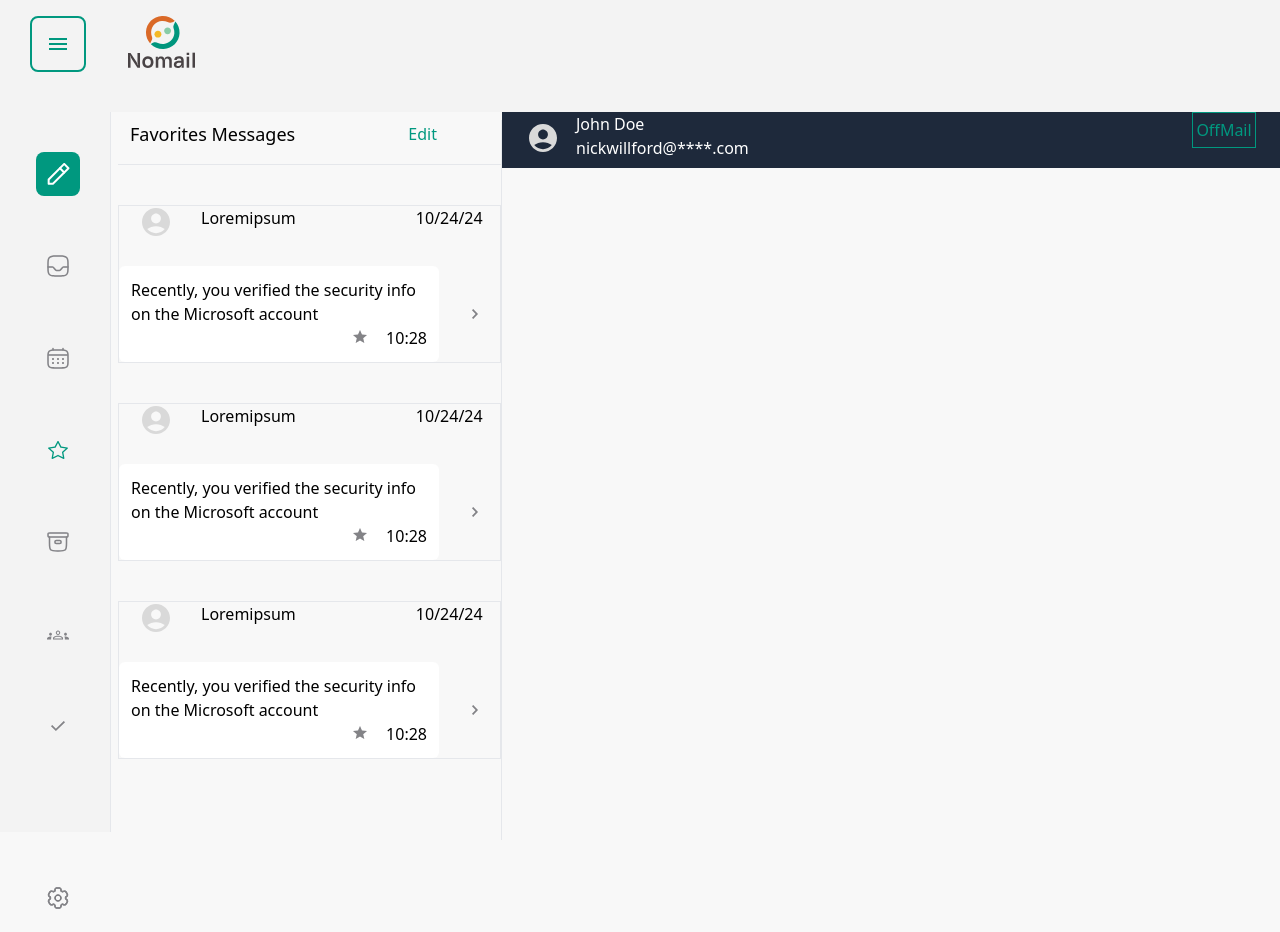
Repository: Tofigkh1/Nomail-Project
Page: /favorites (app in client/)
The author's editor kept a copy of each file at every save. The page is drawn from the files as they stood at one save, then again after a run of saves.
The browser window is 1280 px wide. The pictures show the whole page.
The project was rebuilt for these pictures with package versions that can differ from the ones it lists, and the page was loaded fresh each time. The framework's server and built-in components were replaced by stand-ins that run in the browser. Also part of the build but not shown: client/next.config.mjs, client/components/shared/svg/FavoritesSvg.jsx, client/components/shared/svg/calendarActiveSvg.jsx, client/components/shared/client/CheckBox/index.tsx.

Above is the page before, as saved 2024-11-22 03:07:44.

### client/app/layout.tsx

import type { Metadata } from "next";
import localFont from "next/font/local";
import "./Styles/globals.css";


const geistSans = localFont({
  src: "./fonts/GeistVF.woff",
  variable: "--font-geist-sans",
  weight: "100 900",
});
const geistMono = localFont({
  src: "./fonts/GeistMonoVF.woff",
  variable: "--font-geist-mono",
  weight: "100 900",
});

export const metadata: Metadata = {
  title: "Create Next App",
  description: "Generated by create next app",
};

export default function RootLayout({
  children,
}: Readonly<{
  children: React.ReactNode;
}>) {
  return (
    <html lang="en">
      <body
        className={`${geistSans.variable} ${geistMono.variable} antialiased`}
      >
        {children}

      </body>
    </html>
  );
}

### client/app/Styles/globals.css
@tailwind base;
@tailwind components;
@tailwind utilities;

body{
  background-color: #f8f8f8;
}

.App {
  font-family: sans-serif;
  text-align: center;
}


:root {
  --background: #ffffff;
  --foreground: #171717;
}

@media (prefers-color-scheme: dark) {
  :root {
    --background: #0a0a0a;
    --foreground: #ededed;
  }
}


@layer utilities {
  .text-balance {
    text-wrap: balance;
  }
}

### client/components/shared/client/Header/header.tsx
'use client';
import { useContext } from "react";
import { SidebarContext } from '../SideBarMenu/sideBarMenu'; // Import context
import NomailLogo from "@/components/shared/svg/headerlLogoSvg";
import HamburgerBtnSvg from "../../svg/hamburgerBtnSvg"



export default function Header() {

    const { expanded, setExpanded } = useContext(SidebarContext); // Access context

    return (
        <div className="flex items-center justify-between p-4 bg-headerColor text-white">
            <div className='w-auto h-20 flex gap-14'>

                <div>
                    <button onClick={() => setExpanded(!expanded)}
                            className="pl-3.5  hover:bg-clientButtonGreen w-14 h-11">
                        <HamburgerBtnSvg/>
                    </button>
                </div>

                <div>
                    <NomailLogo/>
                </div>


            </div>
        </div>
    );
}

### client/components/shared/client/SideBarMenu/sideBarMenu.tsx
'use client';
import React, {  useContext, ReactNode } from "react";
// import { ChevronFirst, ChevronLast } from "lucide-react";


export const SidebarContext = React.createContext<{ expanded: boolean; setExpanded: (expanded: boolean) => void; }>({
    expanded: false,
    setExpanded: () => {},
});

// Sidebar component now depends on context for state
export default function Sidebar({ children }: { children: ReactNode }) {
    const { expanded } = useContext(SidebarContext);

    return (
        <aside className="h-screen bg-headerColor">
            <nav
                className={`h-full flex flex-col bg-headerColor border-r border-whiteLight3 transition-all duration-200 ease-in-out ml-3 ${expanded ? "w-[127%] h-[130%] " : "w-[99px]"}`}>

                <ul className=" flex-1 px-3">{children}</ul>
            </nav>
        </aside>
    );
}

// SidebarItem component for individual items inside the sidebar
type SidebarItemProps = {
    icon: ReactNode;   // Icon to display in the sidebar item
    text: string;      // Text to display in the sidebar item
    active: boolean;   // Boolean to determine if the item is active (highlighted)
    onClick: () => void; // Add onClick function to handle clicks
    style?: React.CSSProperties;
};

export function SidebarItem({icon, text, active, onClick,style}: SidebarItemProps) {
    const context = useContext(SidebarContext); // Sidebar context to manage expanded/collapsed state
    const {expanded} = context!;

    return (

        <li
            onClick={onClick} // Attach the click handler here
            style={style}
            className={`group relative flex items-center py-2 px-3 my-1 font-medium rounded-md cursor-pointer transition-colors mt-8
                ${
                  active
                    ? "text-mainRedLight" // Active item style
                    : expanded || active // Eğer expanded true ise hover stilini ekle
                    ? "hover:bg-textColorGreen"
                    : "" // Expanded değilse hover stili olmasın
                }`}
        >

            <span className="text-xl transition-all duration-300 ease-in-out">
        {icon}
      </span>

            {/* Text büyütüldü ve boşluk artırıldı */}
            {expanded && (
                <span className="ml-4 text-xl text-black transition-all duration-300 ease-in-out ">
          {text}
        </span>
            )}


            {!expanded && (
                <span
                    className={` absolute left-full whitespace-nowrap bg-textColorGreen text-white rounded-md py-1 px-2 transition-all duration-300 ease-in-out ml-2 opacity-0 group-hover:opacity-100`}
                >
          {text}
        </span>
            )}
        </li>
    );
}

### client/components/shared/svg/newMail.jsx
'use client'
export default function  newMail(){
    return(
        <>
            <svg width="44" height="44" viewBox="0 0 44 44" fill="none" xmlns="http://www.w3.org/2000/svg">
                <rect width="44" height="44" rx="8" fill="#00987F"/>
                <path fill-rule="evenodd" clip-rule="evenodd"
                      d="M27.5115 11.2439C27.902 10.8534 28.5351 10.8534 28.9257 11.2438L33.1687 15.4863C33.3562 15.6739 33.4616 15.9282 33.4616 16.1935C33.4616 16.4587 33.3562 16.7131 33.1687 16.9006L17.6122 32.4571C17.4247 32.6446 17.1703 32.75 16.9051 32.75H12.6626C12.1103 32.75 11.6626 32.3023 11.6626 31.75V27.5075C11.6626 27.2423 11.768 26.9879 11.9555 26.8004L27.5115 11.2439ZM28.2187 13.3652L13.6626 27.9217V30.75H16.4909L31.0473 16.1935L28.2187 13.3652Z"
                      fill="white"/>
                <path fill-rule="evenodd" clip-rule="evenodd"
                      d="M23.269 15.4864C23.6595 15.0959 24.2927 15.0959 24.6832 15.4864L28.9257 19.7289C29.3162 20.1194 29.3162 20.7526 28.9257 21.1431C28.5352 21.5336 27.902 21.5336 27.5115 21.1431L23.269 16.9006C22.8784 16.5101 22.8784 15.8769 23.269 15.4864Z"
                      fill="white"/>
            </svg>


        </>
    )
}

### client/components/shared/svg/ArchiveSvg.jsx
'use client'
export default function archiveSvg(){
    return(
        <>
            <svg width="44" height="44" viewBox="0 0 44 44" fill="none" xmlns="http://www.w3.org/2000/svg">
                <path
                    d="M19 22C19 21.534 19 21.301 19.076 21.117C19.1777 20.8725 19.3723 20.6783 19.617 20.577C19.801 20.5 20.034 20.5 20.5 20.5H23.5C23.966 20.5 24.199 20.5 24.383 20.576C24.6275 20.6777 24.8217 20.8723 24.923 21.117C25 21.301 25 21.534 25 22C25 22.466 25 22.699 24.924 22.883C24.8223 23.1275 24.6277 23.3217 24.383 23.423C24.199 23.5 23.966 23.5 23.5 23.5H20.5C20.034 23.5 19.801 23.5 19.617 23.424C19.3725 23.3223 19.1783 23.1277 19.077 22.883C19 22.699 19 22.466 19 22Z"
                    stroke="#A4A4A9" stroke-width="1.5"/>
                <path
                    d="M19 22C19 21.534 19 21.301 19.076 21.117C19.1777 20.8725 19.3723 20.6783 19.617 20.577C19.801 20.5 20.034 20.5 20.5 20.5H23.5C23.966 20.5 24.199 20.5 24.383 20.576C24.6275 20.6777 24.8217 20.8723 24.923 21.117C25 21.301 25 21.534 25 22C25 22.466 25 22.699 24.924 22.883C24.8223 23.1275 24.6277 23.3217 24.383 23.423C24.199 23.5 23.966 23.5 23.5 23.5H20.5C20.034 23.5 19.801 23.5 19.617 23.424C19.3725 23.3223 19.1783 23.1277 19.077 22.883C19 22.699 19 22.466 19 22Z"
                    stroke="black" stroke-opacity="0.2" stroke-width="1.5"/>
                <path
                    d="M30.5 17V23C30.5 26.771 30.5 28.657 29.328 29.828C28.157 31 26.271 31 22.5 31H21.5C17.729 31 15.843 31 14.672 29.828C13.5 28.657 13.5 26.771 13.5 23V17"
                    stroke="#A4A4A9" stroke-width="1.5" stroke-linecap="round"/>
                <path
                    d="M30.5 17V23C30.5 26.771 30.5 28.657 29.328 29.828C28.157 31 26.271 31 22.5 31H21.5C17.729 31 15.843 31 14.672 29.828C13.5 28.657 13.5 26.771 13.5 23V17"
                    stroke="black" stroke-opacity="0.2" stroke-width="1.5" stroke-linecap="round"/>
                <path
                    d="M12 15C12 14.057 12 13.586 12.293 13.293C12.586 13 13.057 13 14 13H30C30.943 13 31.414 13 31.707 13.293C32 13.586 32 14.057 32 15C32 15.943 32 16.414 31.707 16.707C31.414 17 30.943 17 30 17H14C13.057 17 12.586 17 12.293 16.707C12 16.414 12 15.943 12 15Z"
                    stroke="#A4A4A9" stroke-width="1.5"/>
                <path
                    d="M12 15C12 14.057 12 13.586 12.293 13.293C12.586 13 13.057 13 14 13H30C30.943 13 31.414 13 31.707 13.293C32 13.586 32 14.057 32 15C32 15.943 32 16.414 31.707 16.707C31.414 17 30.943 17 30 17H14C13.057 17 12.586 17 12.293 16.707C12 16.414 12 15.943 12 15Z"
                    stroke="black" stroke-opacity="0.2" stroke-width="1.5"/>
            </svg>

        </>
    )
}

### client/components/shared/svg/TodoSvg.jsx
'use client'
export default function  todoSvg(){
    return(
        <>
            <svg width="44" height="44" viewBox="0 0 44 44" fill="none" xmlns="http://www.w3.org/2000/svg">
                <path d="M19.8957 27L15 22.2599L16.2239 21.0748L19.8957 24.6299L27.7761 17L29 18.185L19.8957 27Z"
                      fill="#A4A4A9"/>
                <path d="M19.8957 27L15 22.2599L16.2239 21.0748L19.8957 24.6299L27.7761 17L29 18.185L19.8957 27Z"
                      fill="black" fill-opacity="0.2"/>
            </svg>

        </>
    )
}

### client/components/shared/svg/FavoritesActiveSvg.jsx
'use client'
export default function  favoritesActiveSvg(){
    return(
        <>
        <svg width="44" height="44" viewBox="0 0 44 44" fill="none" xmlns="http://www.w3.org/2000/svg">
<path d="M15.5808 30.2201C15.4833 30.7528 16.0307 31.1692 16.5132 30.9316L22.0006 28.2246L27.4868 30.9316C27.9693 31.1692 28.5168 30.7528 28.4193 30.2213L27.3818 24.5457L31.7842 20.5188C32.1967 20.142 31.9842 19.4533 31.4317 19.3789L25.3093 18.5438L22.5794 13.3517C22.5274 13.2465 22.4453 13.1576 22.3428 13.0953C22.2402 13.0331 22.1214 13 22 13C21.8787 13 21.7598 13.0331 21.6573 13.0953C21.5547 13.1576 21.4727 13.2465 21.4206 13.3517L18.6907 18.545L12.5683 19.3801C12.0171 19.4545 11.8033 20.1432 12.2146 20.52L16.6182 24.5469L15.5808 30.2225V30.2201ZM21.7119 26.8999L17.1045 29.1725L17.972 24.4245C17.9928 24.3152 17.9852 24.2026 17.9496 24.0969C17.914 23.9911 17.8517 23.8955 17.7682 23.8185L14.1358 20.4948L19.2007 19.8037C19.3054 19.788 19.4046 19.7484 19.4901 19.6883C19.5756 19.6281 19.6448 19.5492 19.6919 19.4581L21.9981 15.0688L24.3068 19.4581C24.354 19.5492 24.4232 19.6281 24.5086 19.6883C24.5941 19.7484 24.6934 19.788 24.7981 19.8037L29.863 20.4936L26.2306 23.8173C26.1469 23.8944 26.0844 23.9903 26.0488 24.0962C26.0133 24.2022 26.0057 24.315 26.0268 24.4245L26.8943 29.1725L22.2869 26.8999C22.1979 26.8555 22.0991 26.8324 21.9988 26.8324C21.8985 26.8324 21.8009 26.8555 21.7119 26.8999Z" fill="#00987F"/>
</svg>



        </>
    )
}

### client/components/shared/client/FavoritesMessage/index.tsx
// import CheckboxComponent from "../CheckBox";
// import SearchIconSvg from "../../svg/SearchIconSvg";
import ProfileSvg from "../../../../components/shared/svg/ProfileSvg"
import MessageArrovSvg from "../../../../components/shared/svg/MessageArrovSvg"
import { useState } from "react";
import CheckboxComponent from "../CheckBox";
import StarSvg from "../../../../components/shared/svg/starSvg"


export default function FavoritesMessage() {
    const [editMode, setEditMode] = useState(false);

    const handleEditClick = () => {
        setEditMode(!editMode);
    };
    return (
        <>
            <div className='w-96 h-screen border-r border-whiteLight3 '>







                <div className='flex text-textColGreen font-medium justify-between mt-2'>
                <h1 className="text-black ml-3 text-lg">Favorites Messages</h1>
                <button className={ editMode? 'mr-12 bg-gray-400 rounded-lg w-16 h-8 text-white': 'mr-16' } onClick={handleEditClick}>
                            {editMode ? "Done" : "Edit"}
                        </button>
                </div>
                <div className="border-b border-whiteLight3 mt-4 w-full"></div>
                {[...Array(3)].map((_, index) => (
                        <div key={index}>
                <div className=" border border-r border-whiteLight3 mt-10">
                {editMode && <CheckboxComponent />}
                    <div className=" flex gap-36 ml-3">



                <div className=" flex gap-5">
                <ProfileSvg/>
                <div className=" flex">
                <h1>Lorem</h1>
                <h1>ipsum</h1>
                </div>


                </div>

                <div>
                <h1 className=" -ml-6">10/24/24</h1>
                </div>

                </div>


<div className=" mt-7 flex items-center ">
                <div className="  bg-white rounded-md w-80 h-24 p-3">
                    <p>Recently, you verified the security info on the Microsoft account </p>
                    <div className=" flex justify-end right-0 ml-7 gap-4">
                    <StarSvg/>
                    <h1>10:28</h1>
                    </div>



                </div>

                <div className="ml-5">
                    <MessageArrovSvg/>
                </div>

                </div>
                </div>
</div>
  ))}

                {/* <div className=" border border-whiteLight3 w-full pt-7 mt-5">

<div className=" flex gap-36 ml-3">



<div className=" flex gap-5">
<ProfileSvg/>
<h1>Lorem Ipsum</h1>

</div>

<div>
<h1 className="">10/24/24</h1>
</div>

</div>


<div className=" mt-7 flex items-center ">
<div className="  bg-white rounded-md w-80 h-24 p-3">
<p>Recently, you verified the security info on the Microsoft account </p>
</div>

<div className="ml-5">
<MessageArrovSvg/>
</div>

</div>
</div>


<div className=" border border-whiteLight3 w-full pt-7 mt-5">

<div className=" flex gap-36 ml-3">



<div className=" flex gap-5">
<ProfileSvg/>
<h1>Lorem Ipsum</h1>

</div>

<div>
<h1 className="">10/24/24</h1>
</div>

</div>


<div className=" mt-7 flex items-center ">
<div className="  bg-white rounded-md w-80 h-24 p-3">
<p>Recently, you verified the security info on the Microsoft account </p>
</div>

<div className="ml-5">
<MessageArrovSvg/>
</div>

</div>
</div> */}

            </div>
        </>
    );
}

### client/components/shared/client/messagesView/index.tsx
"use client";

import ProfileSvg from "../../svg/ProfileSvg";


export default function MessagesView() {



    return(

        <div>

        <header>
            <div className=" top-0 w-full h-14 bg-slate-800">

                <div className=" flex justify-between">




                <div className=" flex gap-2">


                <div className=" pt-2.5 ml-4">
                <ProfileSvg/>
                </div>
                <div className=" text-white">
                    <h1>John Doe</h1>
                    <h1>nickwillford@****.com</h1>
                </div>
                </div>


                <div>
                    <button className=" border border-buttonColor text-buttonColor w-16 h-9 mr-6">
                        OffMail
                    </button>
                </div>

                </div>
            </div>
        </header>


        </div>

    )

}

### client/components/shared/svg/hamburgerBtnSvg.jsx
'use client'
export default function  HamburgerBtnSvg(){
    return(
        <>
            <svg width="56" height="56" viewBox="0 0 56 56" fill="none" xmlns="http://www.w3.org/2000/svg">
                <rect x="1" y="1" width="54" height="54" rx="7" stroke="#00987F" stroke-width="2"/>
                <path d="M19 22H37V24H19V22ZM19 27H37V29H19V27ZM19 32H37V34H19V32Z" fill="#00987F"/>
            </svg>


        </>
    )
}

### client/components/shared/svg/ProfileSvg.jsx
'use client'
export default function  ProfileSvg(){
    return(
        <>


            <svg width="50" height="32" viewBox="0 0 32 32" fill="none" xmlns="http://www.w3.org/2000/svg">
<g clip-path="url(#clip0_1904_19120)">
<path fill-rule="evenodd" clip-rule="evenodd" d="M16 2C8.2678 2 2 8.2678 2 16C2 23.7322 8.2678 30 16 30C23.7322 30 30 23.7322 30 16C30 8.2678 23.7322 2 16 2ZM11.1 12.5C11.1 11.8565 11.2267 11.2193 11.473 10.6249C11.7192 10.0304 12.0802 9.49018 12.5352 9.03518C12.9902 8.58017 13.5304 8.21924 14.1249 7.97299C14.7193 7.72674 15.3565 7.6 16 7.6C16.6435 7.6 17.2807 7.72674 17.8751 7.97299C18.4696 8.21924 19.0098 8.58017 19.4648 9.03518C19.9198 9.49018 20.2808 10.0304 20.527 10.6249C20.7733 11.2193 20.9 11.8565 20.9 12.5C20.9 13.7996 20.3838 15.0459 19.4648 15.9648C18.5459 16.8838 17.2996 17.4 16 17.4C14.7004 17.4 13.4541 16.8838 12.5352 15.9648C11.6162 15.0459 11.1 13.7996 11.1 12.5ZM24.7612 22.9776C23.7129 24.2955 22.3805 25.3597 20.8635 26.0908C19.3465 26.8219 17.684 27.2011 16 27.2C14.316 27.2011 12.6535 26.8219 11.1365 26.0908C9.61949 25.3597 8.28713 24.2955 7.2388 22.9776C9.5082 21.3494 12.605 20.2 16 20.2C19.395 20.2 22.4918 21.3494 24.7612 22.9776Z" fill="#D9D9D9"/>
</g>
<defs>
<clipPath id="clip0_1904_19120">
<rect width="32" height="32" fill="white"/>
</clipPath>
</defs>
</svg>


        </>
    )
}

### client/components/shared/svg/MessageArrovSvg.jsx
'use client'
export default function  MessageArrovSvg(){
    return(
        <>




            <svg width="32" height="32" viewBox="0 0 32 32" fill="none" xmlns="http://www.w3.org/2000/svg">
<path fill-rule="evenodd" clip-rule="evenodd" d="M14.2 11L19 16L14.2 21L13 19.75L16.6 16L13 12.25L14.2 11Z" fill="#A4A4A9"/>
<path fill-rule="evenodd" clip-rule="evenodd" d="M14.2 11L19 16L14.2 21L13 19.75L16.6 16L13 12.25L14.2 11Z" fill="black" fill-opacity="0.2"/>
</svg>

        </>
    )
}

### client/components/shared/svg/starSvg.jsx
'use client'
export default function  starSvg(){
    return(
        <>




<svg width="20" height="20" viewBox="0 0 20 20" fill="none" xmlns="http://www.w3.org/2000/svg">
<path d="M5.6775 17L6.815 12.1934L3 8.96053L8.04 8.53289L10 4L11.96 8.53289L17 8.96053L13.185 12.1934L14.3225 17L10 14.4513L5.6775 17Z" fill="#A4A4A9"/>
<path d="M5.6775 17L6.815 12.1934L3 8.96053L8.04 8.53289L10 4L11.96 8.53289L17 8.96053L13.185 12.1934L14.3225 17L10 14.4513L5.6775 17Z" fill="black" fill-opacity="0.2"/>
</svg>

        </>
    )
}

### client/tailwind.config.ts
import type { Config } from "tailwindcss";

const config: Config = {
  content: [
    "./pages/**/*.{js,ts,jsx,tsx,mdx}",
    "./components/**/*.{js,ts,jsx,tsx,mdx}",
    "./app/**/*.{js,ts,jsx,tsx,mdx}",
  ],
  theme: {
    extend: {
      colors: {
        background: "var(--background)",
        foreground: "var(--foreground)",
        headerColor: "#F3F3F3",
        textColorGreen: "#00987F",
        textGray: "#A4A4A9",
        sideBarColor: "#E5E5E5",
        textColGreen: "#00987F",
        bordersColor: "#D1D1D6",
        buttonColor: "#00987F"
      },
    },
  },
  plugins: [],
};
export default config;

Loaded but not shown: client/components/shared/svg/settingSvg.jsx (25 lines, source omitted); client/components/shared/svg/calendarSvg.jsx (31 lines, source omitted); client/components/shared/svg/InboxSvg.jsx (17 lines, source omitted); client/components/shared/svg/groupSvg.jsx (17 lines, source omitted); client/app/favorites/page.tsx (120 lines, source omitted); client/components/shared/svg/headerlLogoSvg.jsx (38 lines, source omitted)

After the next 3 saves:
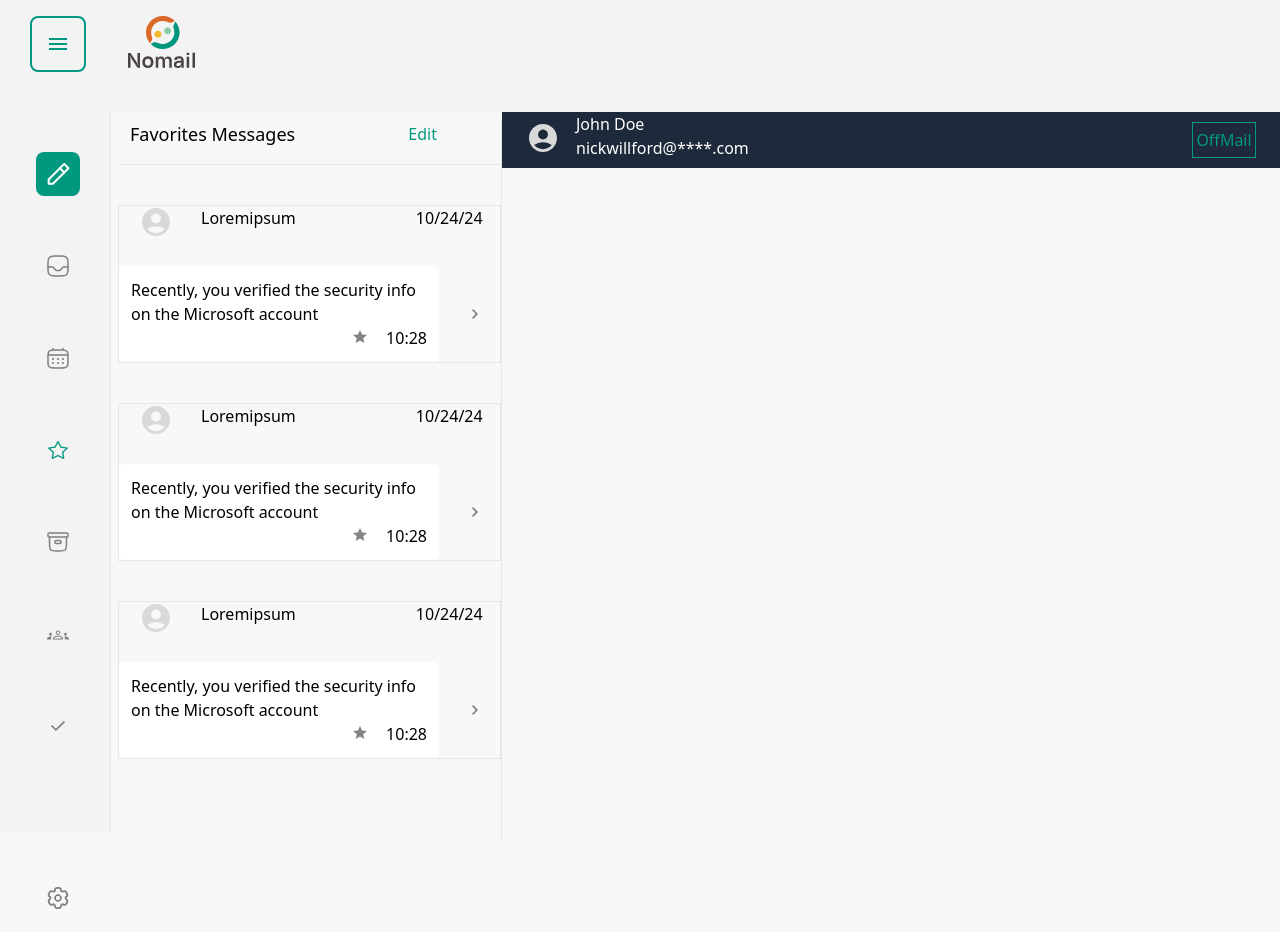
The 3 saves are shown as one change because they came seconds apart.
The last was saved 11 s later.
--- a/client/components/shared/client/messagesView/index.tsx
+++ b/client/components/shared/client/messagesView/index.tsx
@@ -33,7 +33,7 @@ export default function MessagesView() {
 
 
                 <div>
-                    <button className=" border border-buttonColor text-buttonColor w-16 h-9 mr-6">
+                    <button className=" border border-buttonColor text-buttonColor w-16 h-9 mr-6 mt-2.5">
                         OffMail
                     </button>
                 </div>
